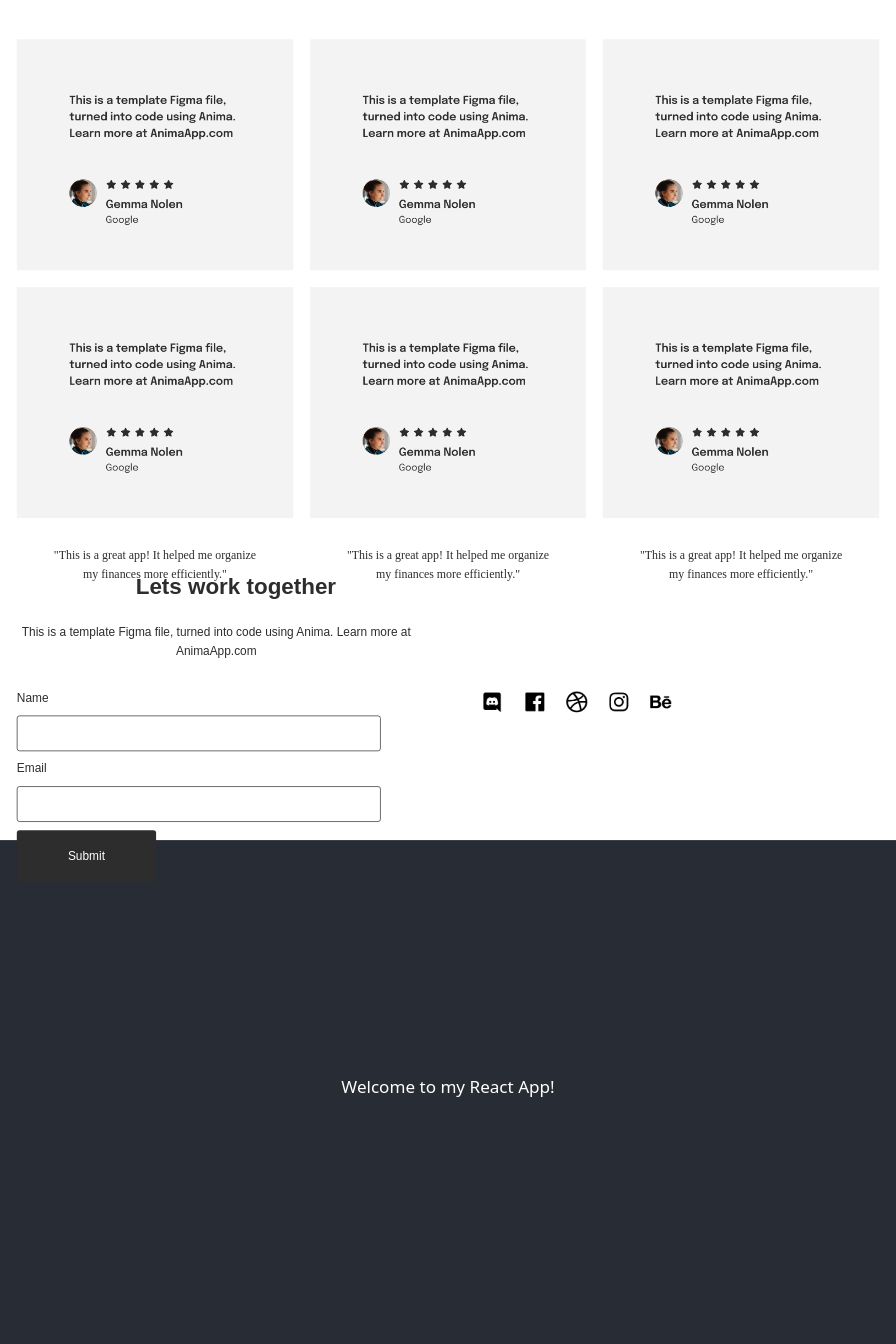
Repository: nida463/project-portofolio
Page: /
The author's editor kept a copy of each file at every save. The page is drawn from the files as they stood at one save, then again after the next save.
The browser window is 1280 px wide. The pictures show the part of the page from y = 2193 to 4113 px (the page is 4113 px tall), at 70% of full size.
The project was rebuilt for these pictures with package versions that can differ from the ones it lists, and the page was loaded fresh each time.

Above is the page before, as saved 2024-09-18 11:31:27.

### src/App.js
import React from 'react';
import './App.css';
import Navbar from './Components/Navbar';  // Mengimpor komponen Navbar
import Header from './Components/Header';  // Mengimpor komponen Header
import Logo from './Components/Logo';  // Mengimpor komponen Logo
import Skills from './Components/Skills';  // Mengimpor komponen Skills
import Gallery from './Components/Gallery';  // Import Gallery
import Testimonial from './Components/Testimonial'; // Import testimonial
import Contact from './Components/Contact'; // Pastikan path sesuai dengan lokasi Contact.js

function App() {
  return (
    <div className="App">
      <Navbar />  {/* Panggil komponen Navbar */}
      <Header />  {/* Panggil komponen Header */}
      <Logo />  {/* Panggil komponen Logo */}
      <Skills />  {/* Panggil komponen Skills */}
      <Gallery />  {/* Tambahkan komponen Gallery */}
      <Testimonial /> {/* Tambahkan Testimonial di bawah gallery */}
      <Contact/> {/* Tambahkan Testimonial di bawah gallery */}

      <header className="App-header">
        <p>
          Welcome to my React App! {/* Ini hanya contoh konten */}
        </p>
      </header>
    </div>
  );
}

export default App;

### src/Components/Navbar.js
import React from 'react';
import './Navbar.css'; // Mengimpor file CSS untuk Navbar

const Navbar = () => {
  return (
    <nav className="navbar">
      {/* Logo di sebelah kiri */}
      <div className="logo">Logo</div>

      {/* Menu di sebelah kanan */}
      <div className="menu-items">
        <a href="#about">About</a>
        <a href="#work">Work</a>
        <a href="#contact">Contact</a>
      </div>
    </nav>
  );
};

export default Navbar;

### src/Components/Header.js
import React from 'react';
import './Header.css';  // Mengimpor CSS untuk styling

const Header = () => {
  return (
    <div className="header">
      <div className="header-content">
        <div className="title-subtitle">
          <h1>Branding | Image making</h1>
        </div>
        <div className="visual-designer">
          <h2>Visual Designer</h2>
        </div>
        <div className="additional-content">
          <p>This is a template Figma file, turned into code using Anima. Learn more at AnimaApp.com</p>
        </div>
        <button className="header-button">Contact</button>
      </div>
      <div className="header-image">
        <img src="/img/header.png" alt="Header Visual" />
      </div>
    </div>
  );
};

export default Header;

### src/Components/Logo.js
import React from 'react';
import './Logo.css';  // Mengimpor CSS untuk styling

const Logo = () => {
  return (
    <div className="logo-bar">
      <div className="logo">
        <img src="/img/Google.png" alt="Google Logo" />
      </div>
      <div className="logo">
        <img src="/img/Nike.png" alt="Nike Logo" />
      </div>
      <div className="logo">
        <img src="/img/Samsung.png" alt="Samsung Logo" />
      </div>
      <div className="logo">
        <img src="/img/Apple.png" alt="Apple Logo" />
      </div>
      <div className="logo">
        <img src="/img/Adidas.png" alt="Adidas Logo" />
      </div>
    </div>
  );
};

export default Logo;

### src/Components/Skills.js
import React from 'react';
import './Skills.css';

const Skills = () => {
  return (
    <div className="skills-section">
      <div className="skills-container">
        {/* Skill Card 1 */}
        <div className="skills-card">
          <div className="skills-icon">
            <img src="/img/Productimage.png" alt="Product Design Icon" />
          </div>
          <div className="skills-content">
            <h3 className="skills-title">Productimage</h3>
            <p className="skills-subtitle">
              This is a template Figma file, turned into code using Anima. Learn more at AnimaApp.com
            </p>
          </div>
        </div>

        {/* Skill Card 2 */}
        <div className="skills-card">
          <div className="skills-icon">
            <img src="/img/VisualDesign.png" alt="Visual Design Icon" />
          </div>
          <div className="skills-content">
            <h3 className="skills-title">Visual Design</h3>
            <p className="skills-subtitle">
              Designing visuals for digital interfaces with creativity and precision.
            </p>
          </div>
        </div>

        {/* Skill Card 3 */}
        <div className="skills-card">
          <div className="skills-icon">
            <img src="/img/ArtDirection.png" alt="Art Direction Icon" />
          </div>
          <div className="skills-content">
            <h3 className="skills-title">Art Direction</h3>
            <p className="skills-subtitle">
              Guiding visual creativity for compelling visual narratives.
            </p>
          </div>
        </div>
      </div>
    </div>
  );
};

export default Skills;

### src/Components/Gallery.js
import React from 'react';
import './Gallery.css';

const Gallery = () => {
  return (
    <div className="gallery-container">
      <h2 className="latest-work">Latest work</h2> {/* Judul di atas gallery */}
      <div className="gallery-section">
        {[
          { id: 1, title: 'Project title ', subtitle: 'UI, Art Direction', image: '/img/Image1.png' },
          { id: 2, title: 'Project title ', subtitle: 'UI, Art Direction', image: '/img/Image2.png' },
          { id: 3, title: 'Project title ', subtitle: 'UI, Art Direction', image: '/img/Image3.png' },
          { id: 4, title: 'Project title ', subtitle: 'UI, Art Direction', image: '/img/Image4.png' },
          { id: 5, title: 'Project title ', subtitle: 'UI, Art Direction', image: '/img/Image5.png' },
          { id: 6, title: 'Project title ', subtitle: 'UI, Art Direction', image: '/img/Image6.png' }
        ].map((item) => (
          <div key={item.id} className="gallery-card">
            <img src={item.image} alt={item.title} className="gallery-image" />
            <div className="gallery-text">
              <h3>{item.title}</h3> {/* Title per card */}
              <p>{item.subtitle}</p> {/* Subtitle per card */}
            </div>
          </div>
        ))}
      </div>
    </div>
  );
};

export default Gallery;

### src/Components/Testimonial.js
import React from 'react';
import './Testimonial.css';

const Testimonial = () => {
  return (
    <div className="testimonial-section">
      <h2 className="testimonial-title">Testimonial</h2>
      <div className="testimonial-cards">
        {[...Array(6)].map((_, index) => (
          <div key={index} className="testimonial-card">
            <img src="img/testimonial.png" alt="Testimonial" className="testimonial-image" />
            <p className="testimonial-text">
              "This is a great app! It helped me organize my finances more efficiently."
            </p>
          </div>
        ))}
      </div>
    </div>
  );
};

export default Testimonial;

### src/Components/Contact.js
// src/components/Contact.js
import React from 'react';
import './Contact.css'; // Import CSS untuk Contact

const Contact = () => {
  return (
    <section className="contact-section">
      <h2 className="contact-title">Lets work together</h2>
      <p className="contact-description">
        This is a template Figma file, turned into code using Anima. Learn more at AnimaApp.com
      </p>
      <div className="contact-content">
        <form className="contact-form">
          <label htmlFor="name">Name</label>
          <input type="text" id="name" name="name" required />

          <label htmlFor="email">Email</label>
          <input type="email" id="email" name="email" required />

          <button type="submit" className="contact-button">Submit</button>
        </form>
        <div className="social-links">
          <img src="/img/discord.png" alt="Discord" className="social-icon" />
          <img src="/img/facebook.png" alt="Facebook" className="social-icon" />
          <img src="/img/dribble.png" alt="Dribble" className="social-icon" />
          <img src="/img/instagram.png" alt="Instagram" className="social-icon" />
          <img src="/img/behance.png" alt="Behance" className="social-icon" />
        </div>
      </div>
    </section>
  );
};

export default Contact;

### src/Components/Navbar.css
/* Navigation Bar */
.navbar {
    display: flex;
    flex-direction: row;
    justify-content: space-between;
    align-items: center;
    padding: 24px 42px;
    gap: 24px;

    width: 1280px;
    height: 78px;

    background: #FFFFFF;
  }

  /* Logo di kiri */
  .logo {
    width: 49px;
    height: 30px;
    font-size: 24px;
    font-weight: 600;
    color: #000000;
  }

  /* Menu Items di kanan */
  .menu-items {
    display: flex;
    flex-direction: row;
    justify-content: flex-end;
    align-items: flex-start;
    gap: 24px;

    width: 209px;
    height: 27px;
  }

  /* Link untuk setiap menu item */
  .menu-items a {
    font-size: 18px;
    font-weight: 400;
    color: #000000;
    text-decoration: none;
  }

  .menu-items a:hover {
    color: #444444;
  }

### src/Components/Header.css
/* General styles for the header */
.header {
    width: 1280px; /* Fill width */
    height: auto; /* Hug height */
    padding: 42px 24px;
    display: flex;
    justify-content: space-between; /* Content and image on both ends */
    gap: 68px;
    background-color: #FFFFFF;
    opacity: 1;
  }

  /* Header content styling */
  .header-content {
    width: 620px; /* Fixed width for content */
    height: auto; /* Hug height */
    display: flex;
    flex-direction: column;
    gap: 48px;
  }

  /* Title and Subtitle styling */
  .title-subtitle {
    width: 620px;
    height: 30px;
    font-family: Epilogue, sans-serif;
    font-size: 20px;
    font-weight: 600;
    line-height: 30px;
    text-align: left;
  }

  .visual-designer {
    width: 620px;
    font-family: Epilogue, sans-serif;
    font-size: 68px;
    font-weight: 600;
    line-height: 69.7px;
    text-align: left;
  }

  .additional-content {
    width: 620px;
    font-family: Epilogue, sans-serif;
    font-size: 17px;
    font-weight: 400;
    text-align: left;
  }

  /* Button styling */
  .header-button {
    padding: 24px 64px;
    font-family: Epilogue, sans-serif;
    font-size: 20px;
    font-weight: 600;
    text-align: center;
    background-color: #2D2D2D;
    color: #FFFFFF;
    border: none;
    cursor: pointer;
    width: 211px;
    height: 78px;
  }

  .header-button:hover {
    background-color:
      #444444;
  }

  /* Header image styling */
  .header-image {
    width: 480px;
    height: 360px;
  }

  .header-image img {
    width: 100%;
    height: 100%;
    object-fit: cover;
  }

### src/Components/Logo.css
/* Logo Bar */
.logo-bar {
    display: flex;
    flex-direction: row;
    flex-wrap: wrap;
    justify-content: space-between;
    align-items: center;
    align-content: flex-start;
    padding: 42px 68px;
    gap: 68px 86px;

    width: 1280px;
    height: 130.83px;

    background: #FFFFFF;
  }

  /* Styling untuk setiap logo */
  .logo {
    display: flex;
    justify-content: center;
    align-items: center;
    width: auto;
    height: auto;
    padding: 0px; /* Tidak ada padding di dalam logo */
  }

  /* Ukuran spesifik untuk logo */
  .logo img {
    width: 116.07px;
    height: 38.21px;
    object-fit: contain; /* Menjaga aspek rasio gambar */
  }

### src/Components/Skills.css
/* Section styling */
.skills-section {
    display: flex;
    flex-direction: column;
    align-items: center;
    padding: 42px 24px;
    gap: 42px;
    width: 1280px;
    height: auto;
    background: #FFFFFF;
  }

  .section-title {
    font-size: 32px;
    font-weight: 700;
  }

  /* Cards container styling */
  .skills-container {
    display: flex;
    flex-wrap: wrap;
    align-items: flex-start;
    gap: 24px;
    width: 1232px;
    height: 429px;
  }

  /* Individual card styling */
  .skills-card {
    display: flex;
    flex-direction: column;
    justify-content: center;
    align-items: center;
    padding: 64px 42px;
    gap: 42px;
    width: 394.67px;
    height: 429px;
    background: #FFFFFF;
    box-shadow: 0px 4px 16px rgba(0, 0, 0, 0.1);
    border-radius: 8px;
  }

  /* Icon styling */
  .skills-icon img {
    width: 124px;
    height: 124px;
    object-fit: contain;
  }

  /* Title styling */
  .skills-title {
    font-size: 24px;
    font-weight: 600;
    text-align: center;
  }

  /* Subtitle styling */
  .skills-subtitle {
    font-size: 16px;
    text-align: center;
  }

### src/Components/Gallery.css
/* Container untuk Gallery */
.gallery-container {
    display: flex;
    flex-direction: column;
    align-items: center;
    padding: 0;
    gap: 32px; /* Jarak antara judul dan gallery */
    width: 100%;
}

/* Latest work */
.latest-work {
    width: 191px;
    height: 42px;
    font-family: 'Epilogue';
    font-style: normal;
    font-weight: 600;
    font-size: 32px;
    line-height: 42px;
    text-align: center;
    color: #2D2D2D;
}

/* Gallery Section */
.gallery-section {
    display: flex;
    flex-direction: row;
    flex-wrap: wrap;
    justify-content: space-between;
    align-items: flex-start;
    padding: 0px;
    gap: 24px;
    width: 1232px;
    height: auto;
}

/* Gallery Card */
.gallery-card {
    display: flex;
    flex-direction: column;
    align-items: flex-start;
    padding: 0px;
    gap: 24px;
    width: 394.67px;
    height: 419px;
    flex: none;
    order: 0;
    flex-grow: 1;
}

/* Gallery Image */
.gallery-image {
    width: 100%;
    height: auto;
    object-fit: cover;
}

/* Title & Description */
.gallery-text {
    display: flex;
    flex-direction: column;
    align-items: flex-start;
    padding: 0px;
    gap: 8px;
    width: 394.67px;
    height: 65px;
    flex: none;
    order: 1;
    align-self: stretch;
    flex-grow: 0;
}

/* Project Title */
.gallery-text h3 {
    width: 394.67px;
    height: 30px;
    font-family: 'Epilogue';
    font-style: normal;
    font-weight: 600;
    font-size: 20px;
    line-height: 30px;
    color: #2D2D2D;
}

/* Subtitle */
.gallery-text p {
    width: 394.67px;
    height: 27px;
    font-family: 'Epilogue';
    font-style: normal;
    font-weight: 400;
    font-size: 17px;
    line-height: 27px;
    color: #2D2D2D;
}

### src/Components/Testimonial.css
/* Testimonial Section */
.testimonial-section {
    display: flex;
    flex-direction: column;
    align-items: center;
    padding: 42px 24px;
    gap: 42px;
    width: 1280px;
    height: 852px;
    background: #FFFFFF;
    flex: none;
    order: 5;
    align-self: stretch;
    flex-grow: 0;
}

/* Testimonial Title */
.testimonial-title {
    width: 186px;
    height: 42px;
    font-family: 'Epilogue';
    font-style: normal;
    font-weight: 600;
    font-size: 32px;
    line-height: 42px;
    text-align: center;
    color: #2D2D2D;
    flex: none;
    order: 0;
    flex-grow: 0;
}

/* Cards Section */
.testimonial-cards {
    display: flex;
    flex-direction: row;
    flex-wrap: wrap;
    align-items: flex-start;
    align-content: flex-start;
    padding: 0px;
    gap: 24px;
    width: 1232px;
    height: 684px;
    flex: none;
    order: 1;
    align-self: stretch;
    flex-grow: 0;
}

/* Testimonial Card */
.testimonial-card {
    display: flex;
    flex-direction: column;
    align-items: flex-start;
    padding: 42px;
    gap: 68px;
    width: 394.67px;
    min-width: 320px;
    height: 330px;
    background: #F3F3F3;
    flex: none;
    order: 0;
    flex-grow: 1;
}

/* Testimonial Image */
.testimonial-image {
    width: 100%;
    height: auto;
    object-fit: cover;
}

/* Testimonial Text */
.testimonial-text {
    font-family: 'Epilogue';
    font-style: normal;
    font-weight: 400;
    font-size: 17px;
    line-height: 27px;
    color: #2D2D2D;
    flex: none;
    order: 1;
    align-self: stretch;
    flex-grow: 0;
}

### src/Components/Contact.css
/* src/components/Contact.css */

/* Contact Section */
.contact-section {
    display: flex;
    flex-direction: column;
    align-items: flex-start;
    padding: 42px 24px 86px;
    gap: 24px;
    width: 1280px;
    height: 426px;
    background: #FFFFFF;
  }

  /* Lets work together */
  .contact-title {
    width: 626px;
    height: 42px;
    font-family: 'Epilogue', sans-serif;
    font-style: normal;
    font-weight: 600;
    font-size: 32px;
    line-height: 42px;
    color: #2D2D2D;
  }

  /* Description */
  .contact-description {
    width: 570px;
    height: 81px;
    font-family: 'Epilogue', sans-serif;
    font-style: normal;
    font-weight: 400;
    font-size: 17px;
    line-height: 27px;
    color: #2D2D2D;
  }

  /* Contact Section Content */
  .contact-content {
    display: flex;
    flex-direction: row;
    flex-wrap: wrap;
    align-items: flex-start;
    align-content: flex-start;
    padding: 0px;
    gap: 42px 142px;
    width: 1232px;
    height: 232px;
  }

  /* Contact Form */
  .contact-form {
    display: flex;
    flex-direction: column;
    align-items: flex-start;
    padding: 0px;
    gap: 12px;
    width: 520px;
    height: 130px;
  }

  .contact-form label {
    font-family: 'Epilogue', sans-serif;
    font-style: normal;
    font-weight: 400;
    font-size: 17px;
    color: #2D2D2D;
  }

  .contact-form input {
    width: 100%;
    padding: 12px;
    border: 1px solid #2D2D2D;
    border-radius: 4px;
    font-family: 'Epilogue', sans-serif;
    font-size: 17px;
  }

  .contact-button {
    display: flex;
    flex-direction: row;
    justify-content: center;
    align-items: center;
    padding: 24px 64px;
    gap: 10px;
    width: 199px;
    height: 78px;
    background: #2D2D2D;
    color: #FFFFFF;
    border: none;
    border-radius: 4px;
    font-family: 'Epilogue', sans-serif;
    font-size: 17px;
    cursor: pointer;
  }

  .contact-button:hover {
    background: #1a1a1a;
  }

  /* Social Links */
  .social-links {
    display: flex;
    flex-direction: row;
    align-items: flex-start;
    padding: 0px;
    gap: 24px;
    width: 570px;
    height: 36px;
  }

  .social-icon {
    width: 36px;
    height: 36px;
  }

Loaded but not shown: public/index.html (common file); src/index.js (common file); src/index.css (common file); src/reportWebVitals.js (common file); src/App.css (common file)

After the next save:
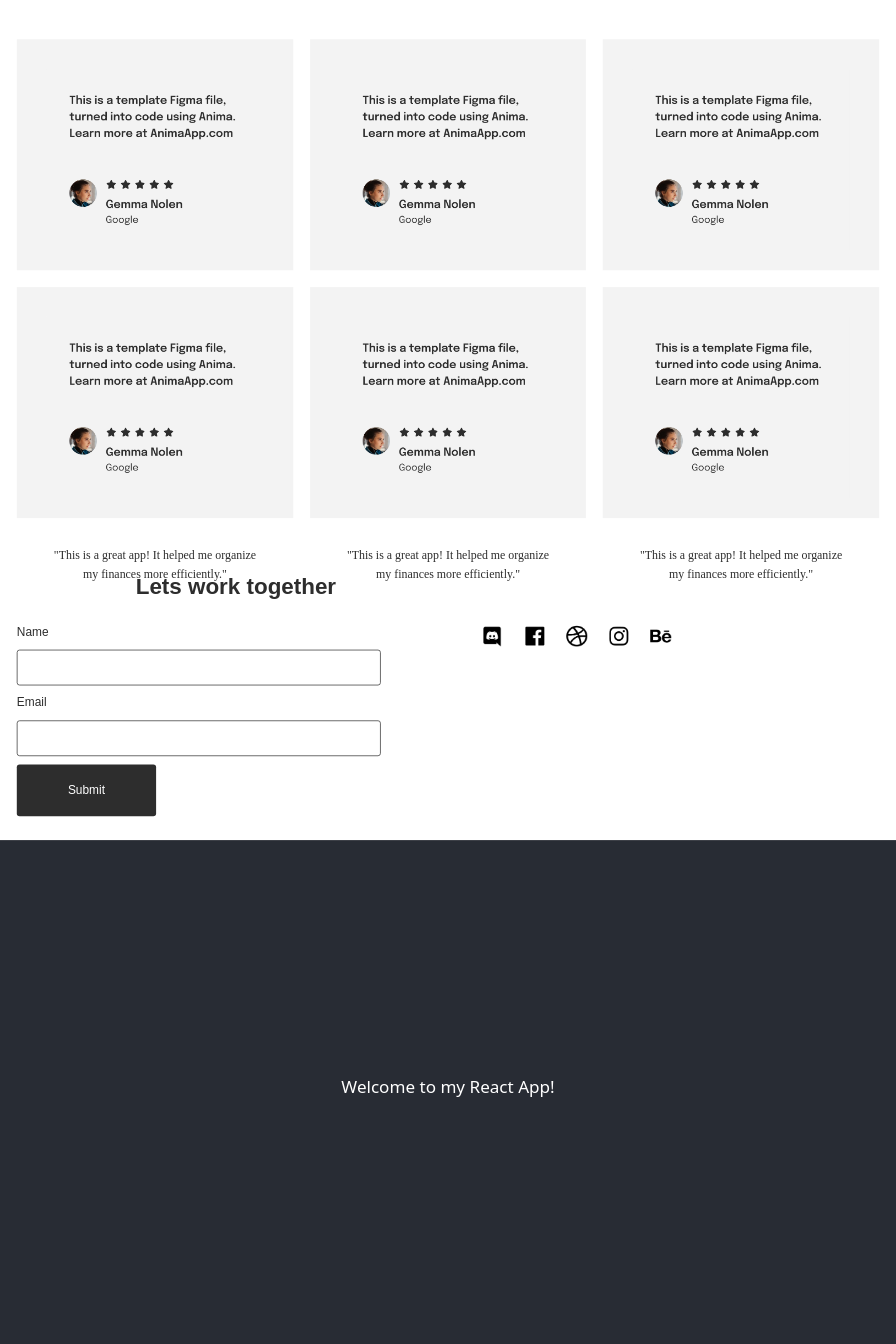
Saved 2 min 19 s later.
--- a/src/Components/Contact.js
+++ b/src/Components/Contact.js
@@ -6,9 +6,6 @@
   return (
     <section className="contact-section">
       <h2 className="contact-title">Lets work together</h2>
-      <p className="contact-description">
-        This is a template Figma file, turned into code using Anima. Learn more at AnimaApp.com
-      </p>
       <div className="contact-content">
         <form className="contact-form">
           <label htmlFor="name">Name</label>
